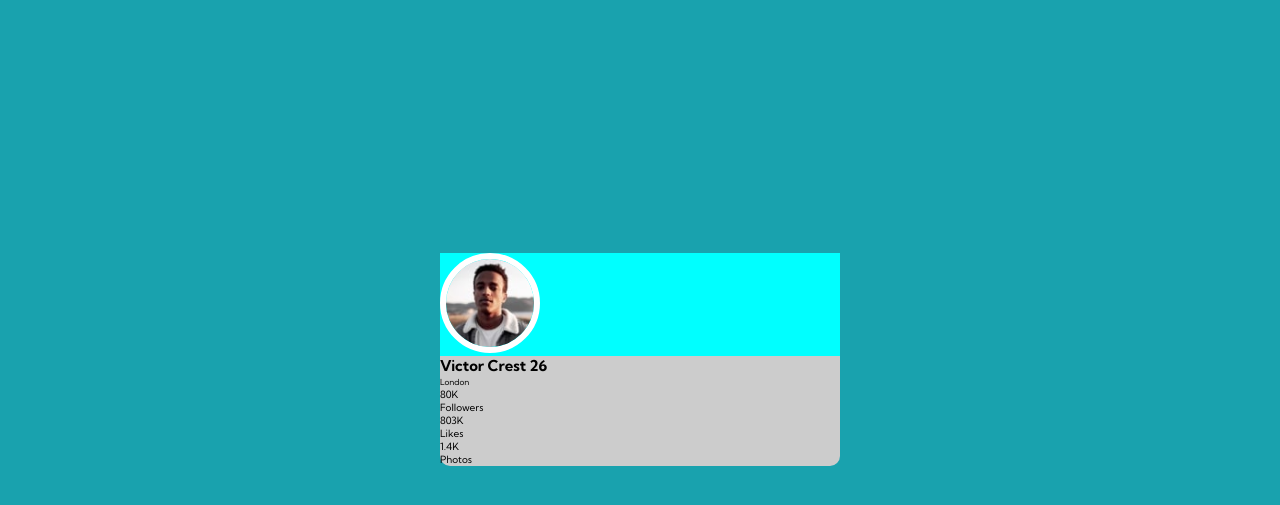
Repository: thaibaocoder1/profile-card-component-main
Page: index.html
These files come from the project's save history. The page is drawn as it stood at one moment and after the next save; the edit follows.
The browser window is 1280 px wide. The pictures show the whole page.

Above is the page before, as saved 2023-01-11 13:32:16.

After the next save:
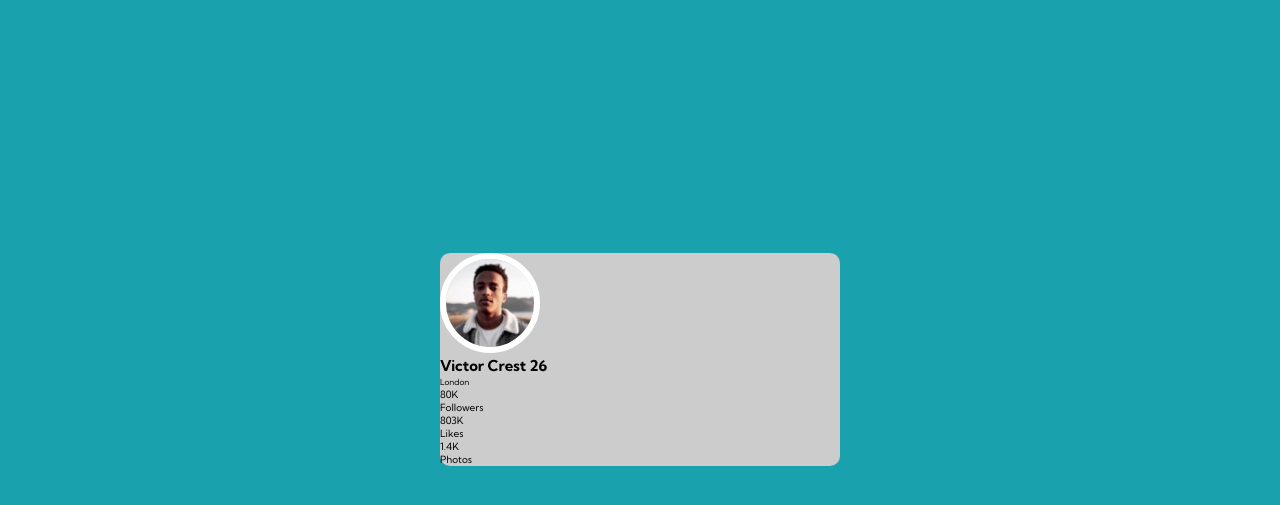
Saved 7 s later.
--- a/style.css
+++ b/style.css
@@ -33,7 +33,7 @@ body {
 .card__top {
     width: 100%;
     height: 40%;
-    background-color: cyan;
+    /* background-color: cyan; */
     position: relative;
 }
 .card__top img {
